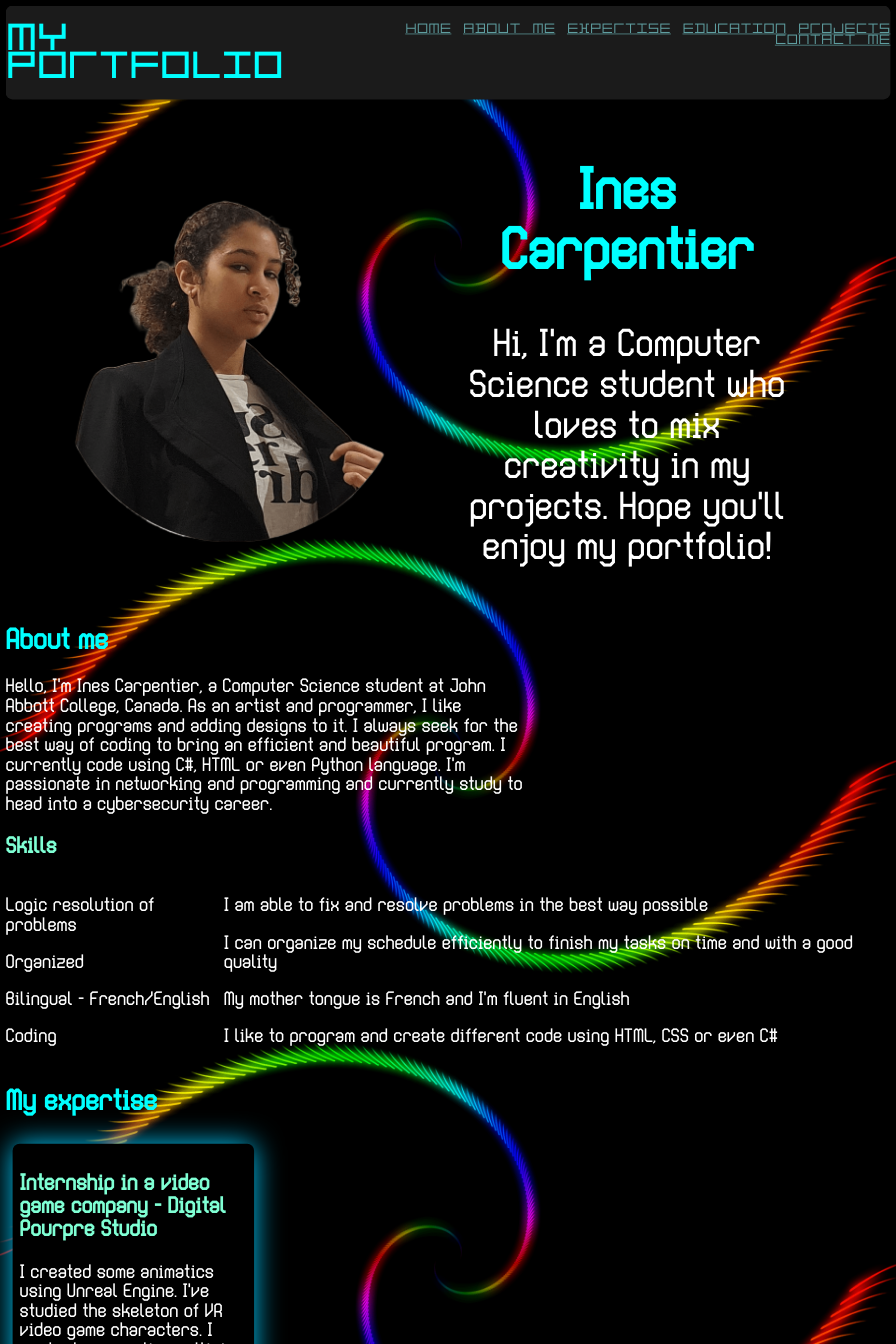
Repository: InsCarp/InsCarp
Page: index.html
An editor plug-in stored every save of this project. The page is shown before and after the next save, followed by the edit.
The browser window is 1280 px wide. The pictures show the part of the page from y = 0 to 1920 px (the page is 3257 px tall), at 70% of full size.
The pointer rests on the first visible `article`.
Backgrounds fixed to the window are drawn as part of the page.

Above is the page before, as saved 2026-05-13 21:58:33.

### index.html
<!DOCTYPE html>
<html lang="en">
<head>
    <meta charset="UTF-8">
    <meta name="viewport" content="width=device-width, initial-scale=1.0">
    <link rel="icon" href="/assets/images/Logo.svg" type="image/svg" />
    <link rel="stylesheet" href="/styles/globals.css" type="text/css"/>
    <link rel="stylesheet" href="/styles/index.css" type="text/css"/>

    <title>Portfolio - Ines Carpentier</title>
</head>
<header>

     <h1 id="Title">My portfolio</h1>

        <nav>
        <a href="index.html">Home</a>
        <a href="#About">About me</a>
        <a href="#Expertise">Expertise</a>
        <a href="#Education">Education</a>
        <a href="#Projects">Projects</a>
        <a href="#Contact">Contact me</a>
        </nav>


</header>
<body>
    <div class="Intro">
        <article>
            <img
               src="/assets/images/me.png" id="Me" alt="My image"/>
        </article>
        <article id="intro">
            <h2>Ines Carpentier</h2>
            <p>Hi, I'm a Computer Science student who loves to mix creativity in my projects.
                Hope you'll enjoy my portfolio!</p>
        </article>
    </div>

        <h2 id="About">About me</h2>
        <div class="about">
            <p>Hello, I'm Ines Carpentier, a Computer Science student at John Abbott College, Canada. As an artist and programmer, I like creating programs and adding designs to it. I always seek for the
             best way of coding to bring an efficient and beautiful program. I currently code using C#, HTML or even Python language. I'm passionate in networking and programming and currently study to head into a cybersecurity career.
            </p>
        </div>
        <h3>Skills</h3>
        <section class="Skills">
            <article>
            <p>Logic resolution of problems</p>
            <p>Organized</p>
            <p>Bilingual - French/English</p>
            <p>Coding</p>
        </article>
        <article>
            <p>I am able to fix and resolve problems in the best way possible</p>
            <p>I can organize my schedule efficiently to finish my tasks on time and with a good quality</p>
            <p>My mother tongue is French and I'm fluent in English</p>
            <P>I like to program and create different code using HTML, CSS or even C#</P>
        </article>
        </section>


        <h2 id="Expertise">My expertise</h2>
        <section class="cardholder">
            <article class="card">
            <h3>Internship in a video game company - Digital Pourpre Studio</h3>
            <p>I created some animatics using Unreal Engine. I've studied the skeleton of VR video game characters. I worked on creating collision blocks on Unreal Engine</p>
        </article>
        </section>


        <h2 id="Education">My educations</h2>
        <p>John Abbott College (Currently) - Computer Science:
        </p>
        <ul>
            <li>Programming using HTML, CSS, JavaScript, C#, PowerShell</li>
            <li>Networking</li>
            <li>Technical Support for computers</li>
            <li>Productivity tools - Excel, Word, WordPress</li>
        </ul>
        <p>Lycee Notre-Dame de Bon Secours (2024-2025):</p>
        <ul>
            <li>Programming using Python, HTML and CSS</li>
            <li>Mathematics</li>
            <li>Networking</li>
        </ul>

        <h2 id="Projects">My projects</h2>
        <section class="cardholder">
            <article class="card2">
                <h3>InkKicks - Website</h3>
             <img src="/assets/images/website.png" alt="Image of my website project" id="webimg"/>
                <p>I created a Wordpress website about customized shoes made by artists</p>
            </article>
            <article class="card2">
                <h3>Minesweeper - C# Program</h3>
             <img src="/assets/images/minesweeper.png" alt="Image of my project" id="mine"/>

                <p>I made a version of minesweeper on C# using Visual Studio 2022 for a Programming project</p>
            </article>
        </section>

        <div class="Contact">
         <h2 id="Contact">Contact me</h2>
         <p><a href="https://www.linkedin.com/in/ines-carpentier-690b8b387/" target="blank">LinkedIn</a> - <a href="mailto:carpentierines4@gmail.com">Email me</a></p>
        </div>
</body>
<footer>
    <p>My portfolio - Ines Carpentier</p>
</footer>
</html>

### styles/globals.css
@font-face {
    font-family: Title;
    src: url(/assets/fonts/Y224-2vdae.ttf);
}
@font-face {
    font-family: Portfolio;
    src: url(/assets/fonts/Eightgon-OGn6p.ttf);
}


@keyframes grow{
    20%{
        transform: scale(1.05);
    }
        100%{
        transform: scale(1.05);
    }

}

html{
    font-size:25px;
}

a {
    color:cadetblue;
}

a:visited{
    color:aquamarine;
}
a:hover{
    color:greenyellow;
}
a:active{
    color:yellow;
}

body{
    background-color:rgb(0, 2, 36);
    color:rgb(255, 255, 255);
    background-image: url(../assets/images/back.gif);
    background-size: cover;
    background-repeat: no-repeat;
    background-attachment: fixed;
    font-family: Portfolio;
}




h1, h2{
    color:aqua;

}

h3{
    color:aquamarine;
}


header {
    position:sticky;
    top:0;
    display: flex;
    flex-direction: row;
    font-family: Title;
    background-color:rgb(27, 27, 27);
    font-size:0.5rem;


}
nav{
    display:none;
}

footer{

    text-align: center;
    background-color:rgb(27, 27, 27);
    padding:0.2rem;


}

@media only screen and (min-width: 800px){
    header {
    justify-content: space-between;
    border-radius: 10px;
    font-size:0.8rem;

}
nav{
    text-align:right;
    display:initial;
    font-size:0.4rem;
    margin-top:10px;


}
}

@media only screen and (min-width: 1200px){
    header {
    display: flex;
    flex-direction: row;
    font-family: Title;
    justify-content: space-between;



}
nav{
    text-align:right;
    display:initial;
    font-size:0.6rem;
    margin-top:2%;



}
}

### styles/index.css




.Intro{
    margin-top: 1rem;
    display:flex;
    flex-direction: column;
    align-items: center;
}

#intro{

    text-align: center;
    font-size:2rem;


}

#Me{
    margin-top: 1rem;
    width:15rem;
}


section{
    display: flex;
    flex-direction:row;
    justify-content: space-between;

}

.cardholder{
    display: flex;
    flex-direction:column;
}

.card{
  margin:10px;
  background-color:rgb(0, 0, 0);
  padding:10px;
  border: 3px;
  border-radius:10px;
  box-shadow: 0 0 40px 0 rgb(0, 204, 255);
  opacity: 20;
  width:13rem;
}
.card2{
  margin:10px;
  background-color:rgb(0, 0, 0);
  padding:10px;
  border: 3px;
  border-radius:10px;
  box-shadow: 0 0 40px 0 rgb(204, 255, 0);
  opacity: 20;
  width:13rem;
}

#webimg {
    width: 13rem;
}

#mine{
    width: 13rem;
}

.Contact{
    text-align: center;
}

@media only screen and (min-width: 800px){
    .Intro{
    margin-top: 1rem;
    display:flex;
    flex-direction: row;
    justify-content: space-between;
}

#intro{

    text-align: center;
    font-size:2rem;
    width: 20rem;
    margin-right: 10%;
}




.about{
    width:30rem;
}

.cardholder{
    display: flex;
    flex-direction:row;


}
}

@media only screen and (min-width: 1200px){
    #Me{
    margin-left:15%;
    width:20rem;
}
#expertise{
  width:15rem;
}
}

After the next save:
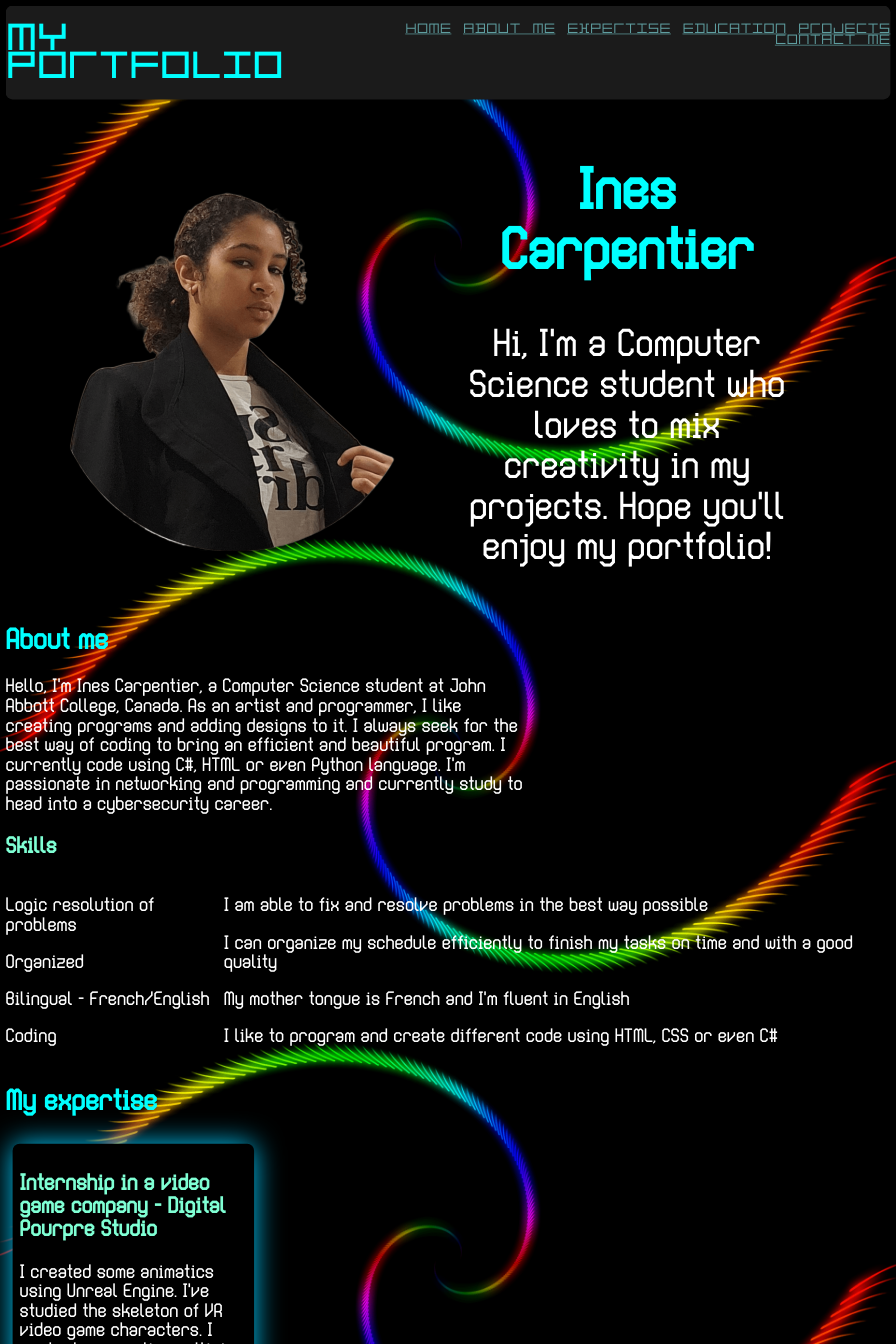
Saved 9 s later.
--- a/styles/index.css
+++ b/styles/index.css
@@ -56,6 +56,12 @@ section{
   width:13rem;
 }
 
+
+article:hover{
+    animation: grow 2s;
+
+}
+
 #webimg {
     width: 13rem;
 }

After the save that followed:
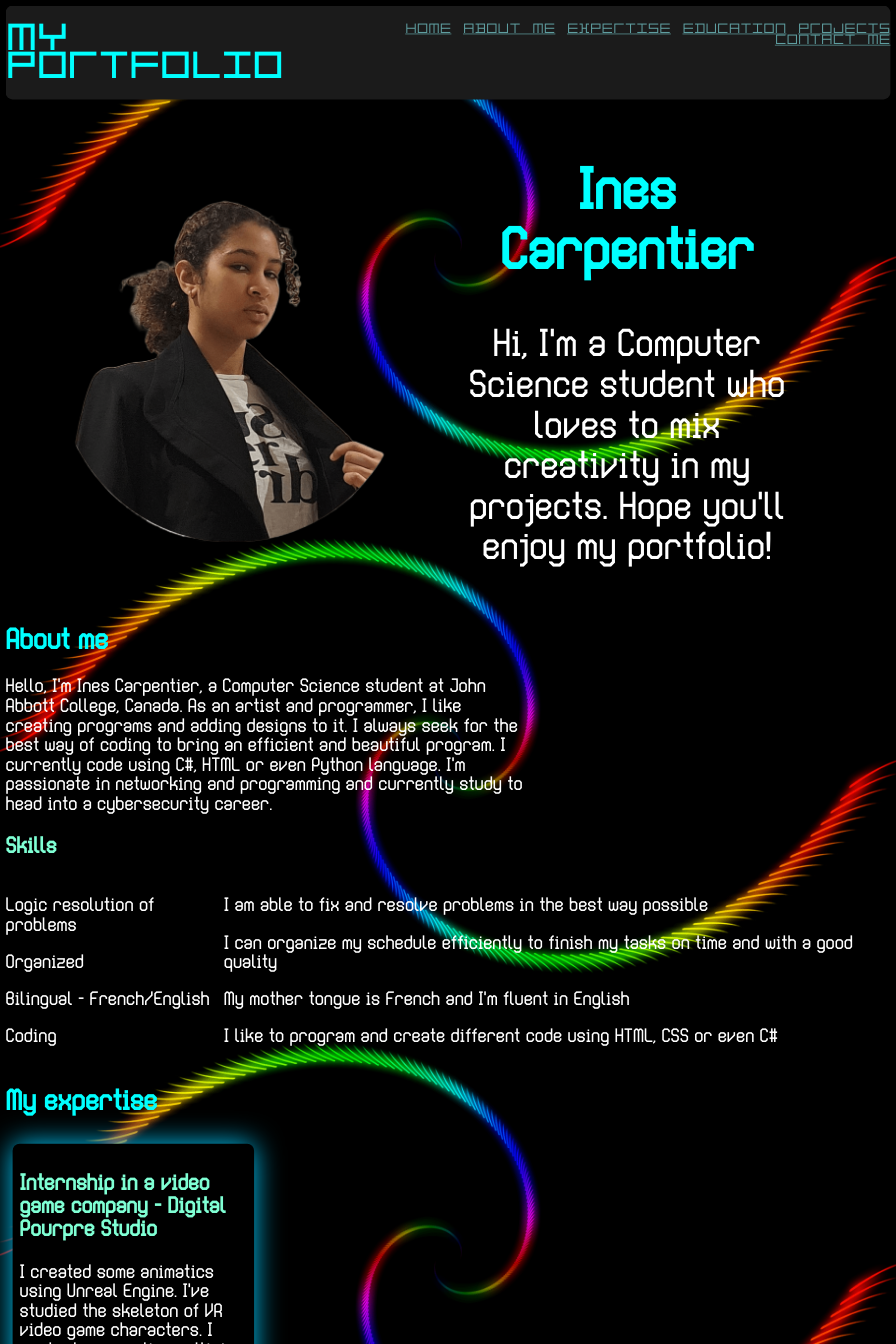
Saved 32 s later.
--- a/styles/index.css
+++ b/styles/index.css
@@ -57,7 +57,7 @@ section{
 }
 
 
-article:hover{
+.card:hover{
     animation: grow 2s;
 
 }
